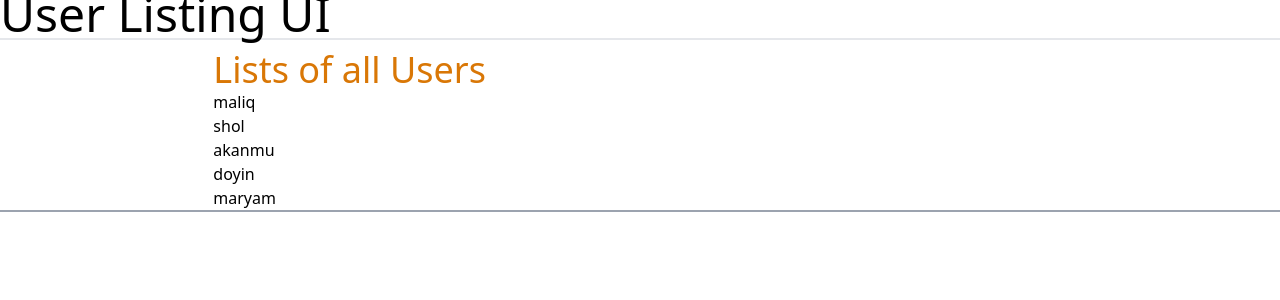
Repository: Marlstergo/listings
Page: / (app in client/)
These files come from the project's save history. The page is drawn as it stood at one moment and after the next save; the edit follows.
The browser window is 1280 px wide. The pictures show the whole page.
The project was rebuilt for these pictures with package versions that can differ from the ones it lists, and the page was loaded fresh each time. Also part of the build but not shown: client/craco.config.js, client/src/components/Loader.js, client/src/components/Order.js, client/src/components/Modal.js. Imported but missing from the stored project, and not drawn on this page: client/src/components/Base, client/src/components/Toppings.

Above is the page before, as saved 2021-07-20 23:37:21.

After the next save:
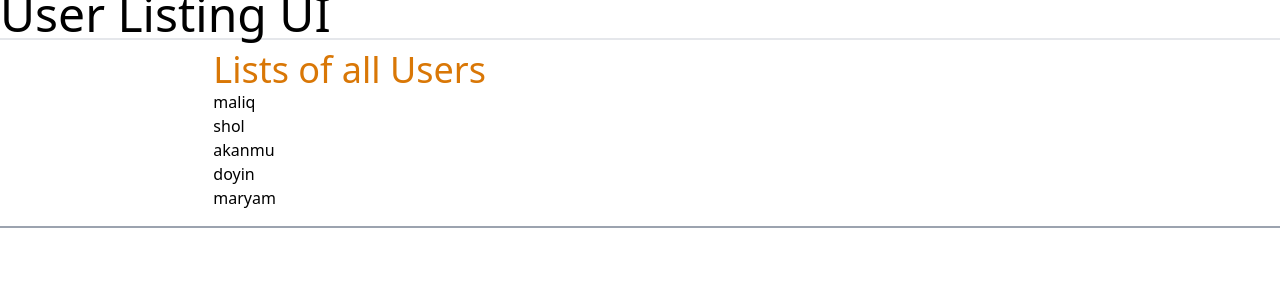
Saved 17 s later.
--- a/client/src/components/Home.js
+++ b/client/src/components/Home.js
@@ -22,7 +22,7 @@ const users = ["maliq", "shol", "akanmu", "doyin", "maryam"];
 const Home = () => {
   return (
     <motion.div
-      className="  pb-[10px] mb-[10px] border-b-2 border-gray-400 flex flex-col items-center"
+      className="  pb-4 mb-4 border-b-2 border-gray-400 flex flex-col items-center"
       variants={containerVariants}
       initial="hidden"
       animate="visible"
